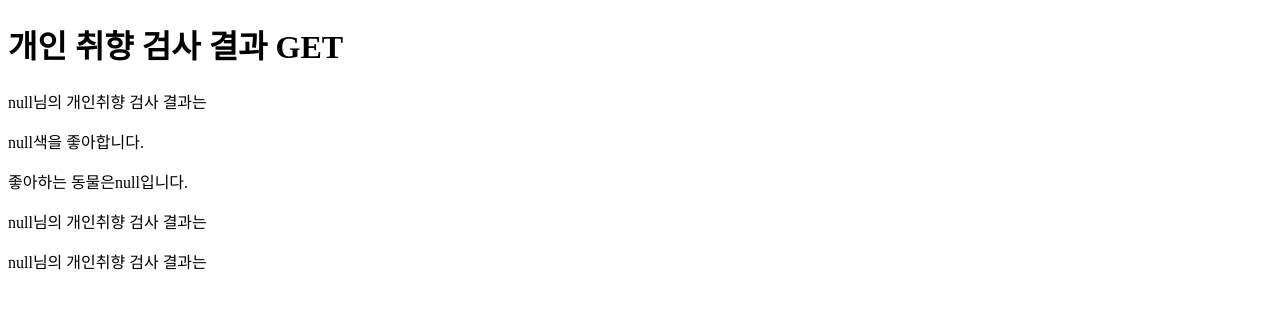
Repository: kianpas/KH_Server
Page: http://localhost/01_helloweb/testPerson1.do
The author's editor kept a copy of each file at every save. The page is drawn from the files as they stood at one save, then again after the next save.
The browser window is 1280 px wide. The pictures show the whole page.
The page is served by Tomcat 9.

Above is the page before, as saved 2021-03-22 11:24:38.

After the next save:
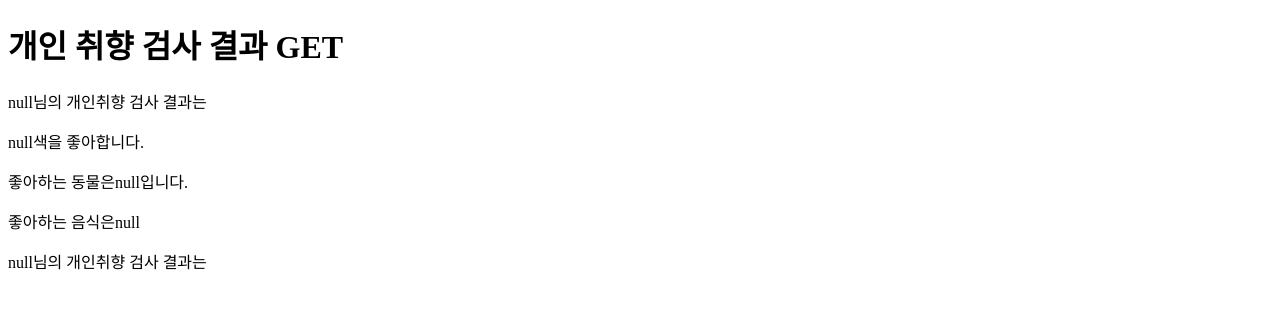
Saved 35 s later.
--- a/01_helloweb/src/com/kh/web/servlet/TestPerson1Servlet.java
+++ b/01_helloweb/src/com/kh/web/servlet/TestPerson1Servlet.java
@@ -77,7 +77,7 @@ public class TestPerson1Servlet extends HttpServlet{
 			out.println("<p>"+ name + "님의 개인취향 검사 결과는 " + "</p>");
 			out.println("<p>"+ color + "색을 좋아합니다." + "</p>");
 			out.println("<p>좋아하는 동물은"+ animal + "입니다.</p>");
-			out.println("<p>"+ name + "님의 개인취향 검사 결과는 " + "</p>");
+			out.println("<p>좋아하는 음식은"+ Arrays.toString(foodArr)+"</p>");
 			out.println("<p>"+ name + "님의 개인취향 검사 결과는 " + "</p>");
 
 
